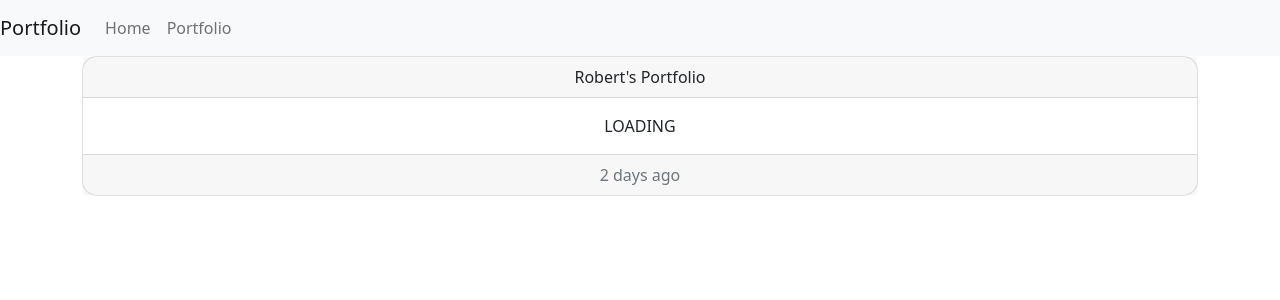
Repository: ward438/improved_portfolio
Page: / (app in client/)
The author's editor kept a copy of each file at every save. The page is drawn from the files as they stood at one save, then again after the next save.
The browser window is 1280 px wide. The pictures show the whole page.
The project was rebuilt for these pictures with package versions that can differ from the ones it lists, and the page was loaded fresh each time. Also part of the build but not shown: client/src/App.css, client/src/utils/API.js.

Above is the page before, as saved 2021-06-17 16:33:37.

### client/src/App.js
import React from 'react';
import 'bootstrap/dist/css/bootstrap.min.css';
import './App.css';
import { BrowserRouter } from "react-router-dom";
import Header from './components/header'
import {Routing} from "./components/routing"


function App() {
  return (
    <BrowserRouter>
      <Header />
      <Routing/>
    </BrowserRouter>
  );
}

export default App;

### client/src/components/header.js
import 'bootstrap/dist/css/bootstrap.min.css';
import { Navbar, Nav } from 'react-bootstrap';
// import { BrowserRouter as Router, Switch, Route, Link } from "react-router-dom";


function Header() {
  return (
    <Navbar bg="light" expand="lg">
      <Navbar.Brand href="/">Portfolio</Navbar.Brand>
      <Navbar.Toggle aria-controls="basic-navbar-nav" />
      <Navbar.Collapse id="basic-navbar-nav">
        <Nav className="mr-auto">
          <Nav.Link href="/">Home</Nav.Link>
          <Nav.Link href="/portfolio">Portfolio</Nav.Link>
        </Nav>

      </Navbar.Collapse>
    </Navbar>
  )

}



export default Header;

### client/src/components/routing.js
import { Switch, Route } from "react-router-dom";
import {Pages, Portfolio} from "../pages/pages";


export function Routing() {
    return (
        <Switch>
            <Route path="/portfolio" component={Portfolio} />
            <Route path="/" component={Pages} />
            <Route render={() => <h1>Page not found</h1>} />
        </Switch>
    );
}

### client/src/pages/pages.js
import { Row, Container } from "../components/grid";
import GetRepos from '../utils/API'
import 'bootstrap/dist/css/bootstrap.min.css';
import Bio from './bio'

export function Pages() {
  return (
    <Container>
      <Bio />
    </Container>
  )
}

export function Portfolio() {
  return (
    <Container>
      <Row>
        <GetRepos />
      </Row>
    </Container>
  )
}

### client/src/components/grid/index.js
import React from "react";

// Exporting the Container, Row, and Col components from this file

// This Container component allows us to use a bootstrap container without worrying about class names
export function Container({ fluid, children }) {
  return <div className={`container${fluid ? "-fluid" : ""}`}>{children}</div>;
}

// This Row component lets us use a bootstrap row without having to think about class names
export function Row({ fluid, children }) {
  return <div className={`row${fluid ? "-fluid" : ""}`}>{children}</div>;
}

// This Col component lets us size bootstrap columns with less syntax
// e.g. <Col size="md-12"> instead of <div className="col-md-12">
export function Col({ size, children }) {
  return (
    <div
      className={size
        .split(" ")
        .map(size => "col-" + size)
        .join(" ")}
    >
      {children}
    </div>
  );
}

### client/src/pages/bio.js
import 'bootstrap/dist/css/bootstrap.min.css';
import { Card } from 'react-bootstrap';

function Bio() {

    function isEvenSeconds() {
        return new Date().getSeconds() % 2 === 0;
    }

    let cardText;
    if (isEvenSeconds()) {
        cardText = <Card.Body>LOADING</Card.Body>
    } else {
        cardText = <Card.Body>
            <Card.Img variant="top" style={{ width: '30%', borderRadius: '15px' }} src={`https://react-portfolio-rob.s3.amazonaws.com/131530476_127869602470312_4401820499573357152_n.jpg`} />
            <Card.Title></Card.Title>
            <Card.Text>
                Started my development career January of 2021 by enrolling in the UTSA Full Stack Developer Bootcamp. Heavily focused in JavaScript frameworks such as React and Node. Working knowledge of MySql and NoSql databases.

                Associate of Applied Science in Welding Technologies (Tyler Junior College)
                OIF 08-09 Veteran
            </Card.Text>
        </Card.Body>
    }


    return (
        <Card className="text-center" style={{ borderRadius: '15px' }}>
            <Card.Header>Robert's Portfolio</Card.Header>
            {cardText}
            <Card.Footer className="text-muted">2 days ago</Card.Footer>
        </Card>
    )
}

export default Bio;

Loaded but not shown: client/public/index.html (common file); client/src/index.js (common file); client/src/index.css (common file); client/src/reportWebVitals.js (common file)

After the next save:
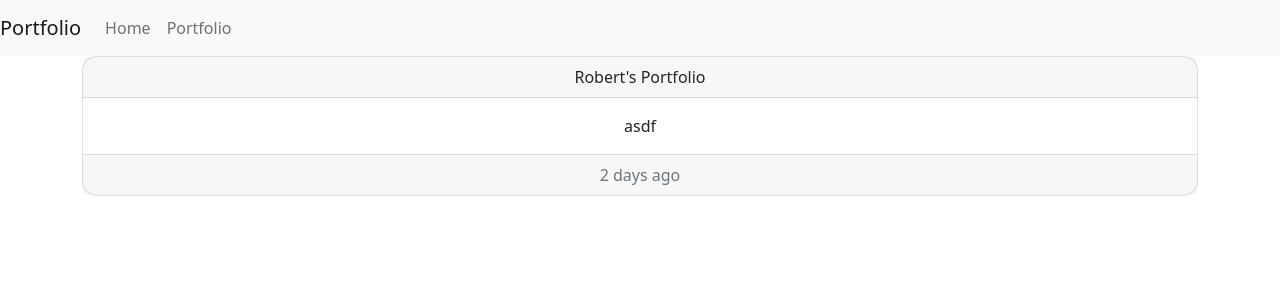
Saved 41 s later.
--- a/client/src/pages/bio.js
+++ b/client/src/pages/bio.js
@@ -3,31 +3,23 @@ import { Card } from 'react-bootstrap';
 
 function Bio() {
 
-    function isEvenSeconds() {
-        return new Date().getSeconds() % 2 === 0;
-    }
-
-    let cardText;
-    if (isEvenSeconds()) {
-        cardText = <Card.Body>LOADING</Card.Body>
-    } else {
-        cardText = <Card.Body>
-            <Card.Img variant="top" style={{ width: '30%', borderRadius: '15px' }} src={`https://react-portfolio-rob.s3.amazonaws.com/131530476_127869602470312_4401820499573357152_n.jpg`} />
-            <Card.Title></Card.Title>
-            <Card.Text>
-                Started my development career January of 2021 by enrolling in the UTSA Full Stack Developer Bootcamp. Heavily focused in JavaScript frameworks such as React and Node. Working knowledge of MySql and NoSql databases.
-
-                Associate of Applied Science in Welding Technologies (Tyler Junior College)
-                OIF 08-09 Veteran
-            </Card.Text>
-        </Card.Body>
-    }
 
 
     return (
         <Card className="text-center" style={{ borderRadius: '15px' }}>
             <Card.Header>Robert's Portfolio</Card.Header>
-            {cardText}
+            {new Date().getSeconds() % 2 === 0 && <Card.Body>asdf</Card.Body>}
+            {new Date().getSeconds() % 2 === 1 && <Card.Body>
+                <Card.Img variant="top" style={{ width: '30%', borderRadius: '15px' }} src={`https://react-portfolio-rob.s3.amazonaws.com/131530476_127869602470312_4401820499573357152_n.jpg`} />
+                <Card.Title></Card.Title>
+                <Card.Text>
+                    Started my development career January of 2021 by enrolling in the UTSA Full Stack Developer Bootcamp. Heavily focused in JavaScript frameworks such as React and Node. Working knowledge of MySql and NoSql databases.
+
+                    Associate of Applied Science in Welding Technologies (Tyler Junior College)
+                    OIF 08-09 Veteran
+                </Card.Text>
+            </Card.Body>}
+
             <Card.Footer className="text-muted">2 days ago</Card.Footer>
         </Card>
     )
